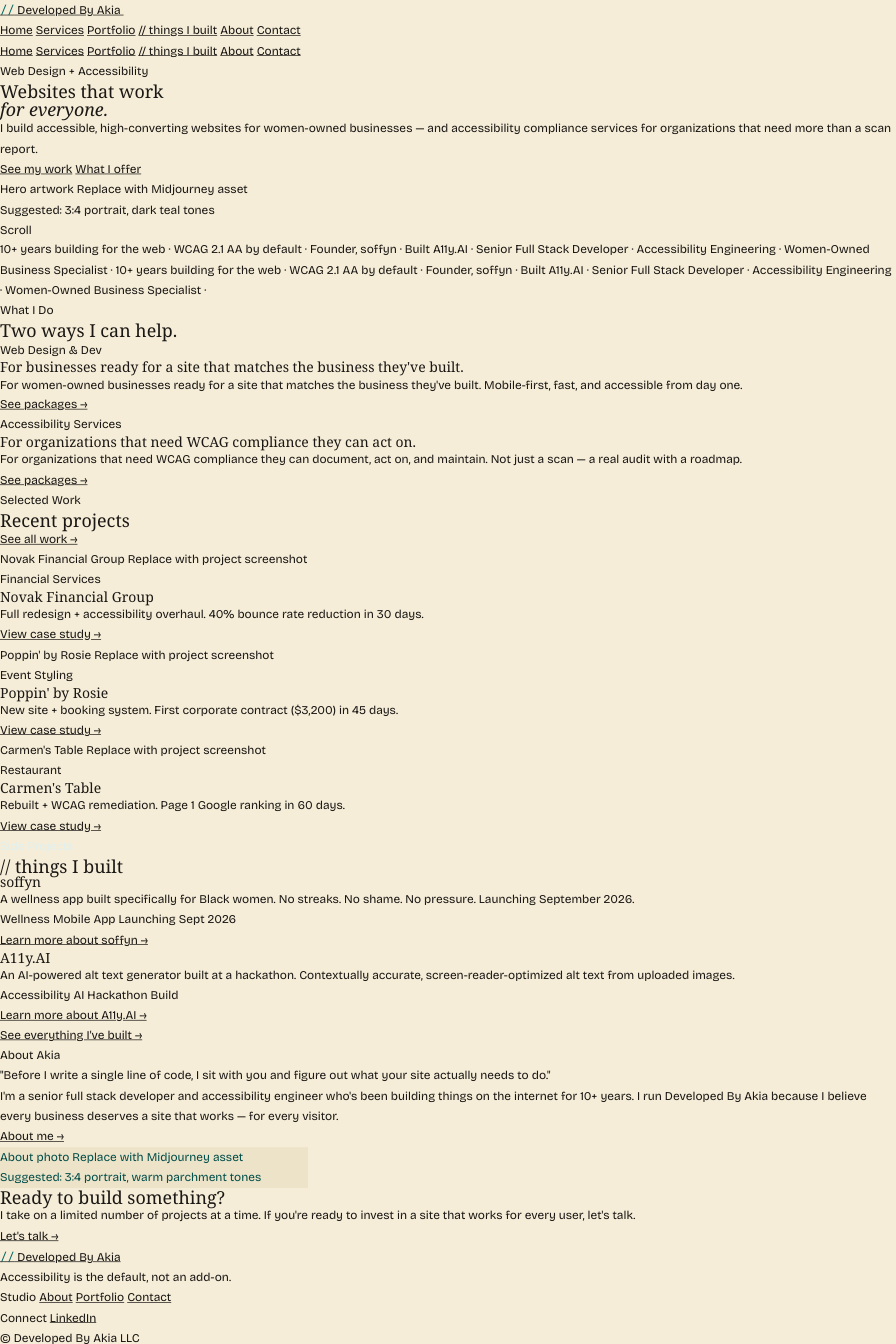
Repository: akiachenise/developed-by-akia
Page: index.html
These files come from the project's save history. The page is drawn as it stood at one moment and after the next save; the edit follows.
The browser window is 1280 px wide. The pictures show the part of the page from y = 0 to 1920 px (the page is 1956 px tall before and 3053 px after), at 70% of full size.
Some web fonts or font styles are not loaded; a fallback is used.

Above is the page before, as saved 2026-04-18 09:59:22.

After the next save:
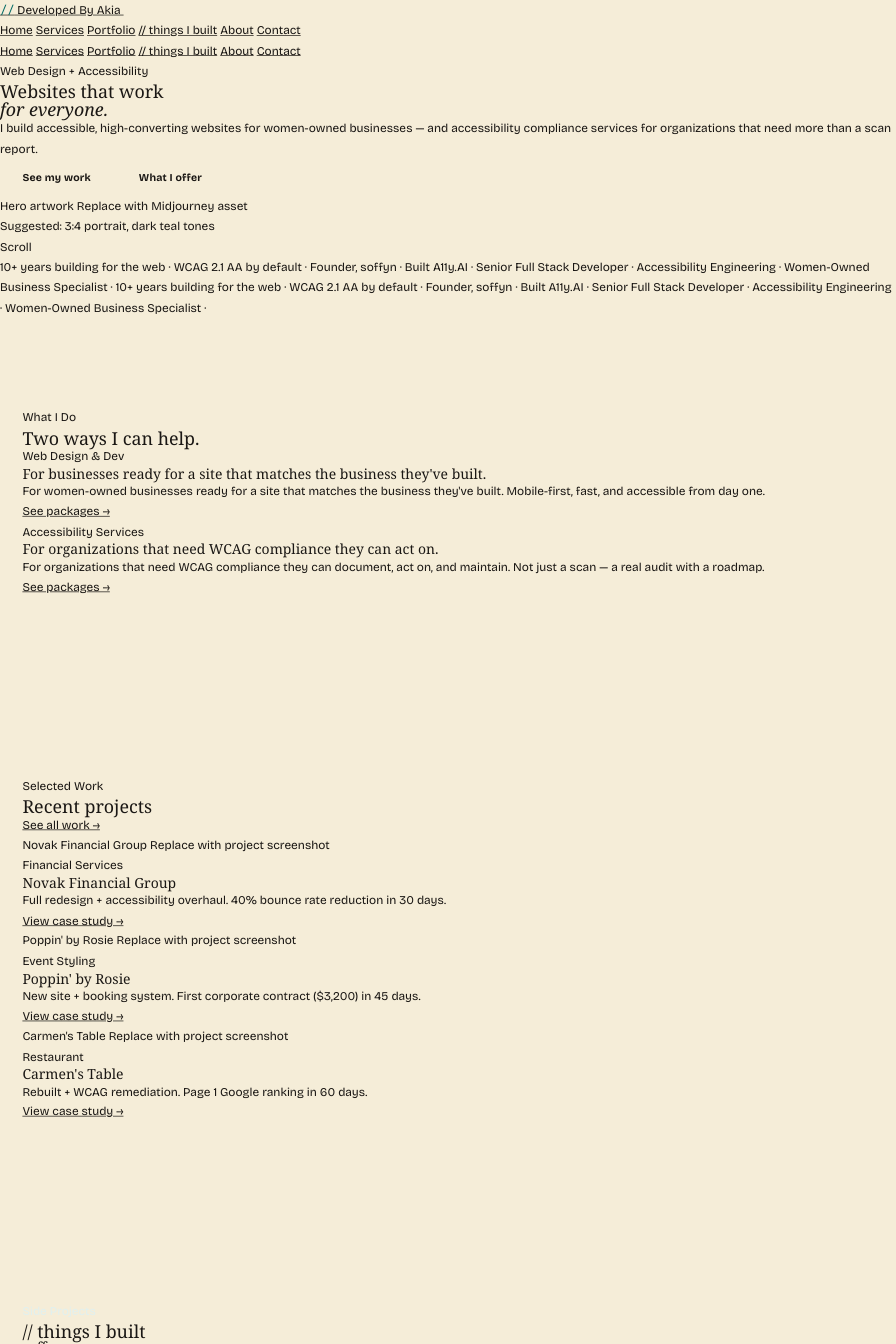
Saved 98 s later.
--- a/css/main.css
+++ b/css/main.css
@@ -110,4 +110,104 @@
   background: var(--color-dark);
   z-index: 99;
   flex-direction: column;
-  alig
+  align-items: flex-start;
+  justify-content: center;
+  padding: 4rem 2.5rem;
+  gap: 2rem;
+}
+.mobile-nav-overlay.open { display: flex; }
+.mobile-nav-overlay a {
+  font-family: var(--font-heading);
+  font-size: clamp(2rem, 8vw, 3.5rem);
+  color: var(--color-parchment);
+  text-decoration: none;
+  line-height: 1;
+  transition: color 0.15s;
+}
+.mobile-nav-overlay a:hover { color: var(--color-teal-light); }
+.mobile-nav-close {
+  position: absolute;
+  top: 1.5rem;
+  right: 2rem;
+  font-size: 1.5rem;
+  color: var(--color-parchment);
+  background: none;
+  border: none;
+  cursor: pointer;
+  font-family: var(--font-mono);
+}
+
+/* ==========================================
+   BUTTONS
+   ========================================== */
+.btn {
+  display: inline-flex;
+  align-items: center;
+  gap: 0.5rem;
+  padding: 0.875rem 2rem;
+  border-radius: var(--radius-md);
+  font-family: var(--font-body);
+  font-weight: 700;
+  font-size: 0.9375rem;
+  text-decoration: none;
+  transition: transform 0.15s, opacity 0.15s;
+  letter-spacing: 0.02em;
+  cursor: pointer;
+}
+.btn:hover { transform: translateY(-3px); }
+.btn:active { transform: translateY(0); }
+.btn:focus-visible { outline: 2px solid currentColor; outline-offset: 3px; }
+.btn-primary { background: var(--color-teal); color: var(--color-white); }
+.btn-ghost-light {
+  background: transparent;
+  color: var(--color-parchment);
+  border: 1.5px solid rgba(245, 237, 216, 0.5);
+}
+.btn-ghost-light:hover { border-color: var(--color-parchment); }
+.btn-ghost-dark {
+  background: transparent;
+  color: var(--color-dark);
+  border: 1.5px solid rgba(26, 23, 20, 0.4);
+}
+.btn-ghost-dark:hover { border-color: var(--color-dark); }
+.btn-berry { background: var(--color-berry); color: var(--color-parchment); }
+.btn-parchment { background: var(--color-parchment); color: var(--color-berry-dark); }
+
+/* ==========================================
+   SECTION SYSTEM
+   ========================================== */
+.section { padding: var(--section-padding); }
+.section-inner { max-width: var(--max-width); margin: 0 auto; }
+.section-inner--narrow { max-width: var(--content-width); margin: 0 auto; }
+
+.section--dark {
+  background: var(--color-dark);
+  color: var(--color-text-on-dark);
+  position: relative;
+  overflow: hidden;
+}
+.section--dark::before {
+  content: '//';
+  font-family: var(--font-mono);
+  font-size: clamp(14rem, 28vw, 26rem);
+  color: rgba(245, 237, 216, 0.035);
+  position: absolute;
+  top: 50%;
+  right: -2rem;
+  transform: translateY(-50%);
+  pointer-events: none;
+  user-select: none;
+  z-index: 0;
+  line-height: 1;
+  letter-spacing: -0.05em;
+}
+.section--dark .section-inner {
+  position: relative;
+  z-index: 1;
+}
+.section--parchment {
+  background: var(--color-parchment);
+  color: var(--color-text-on-light);
+}
+.section--white {
+  background
